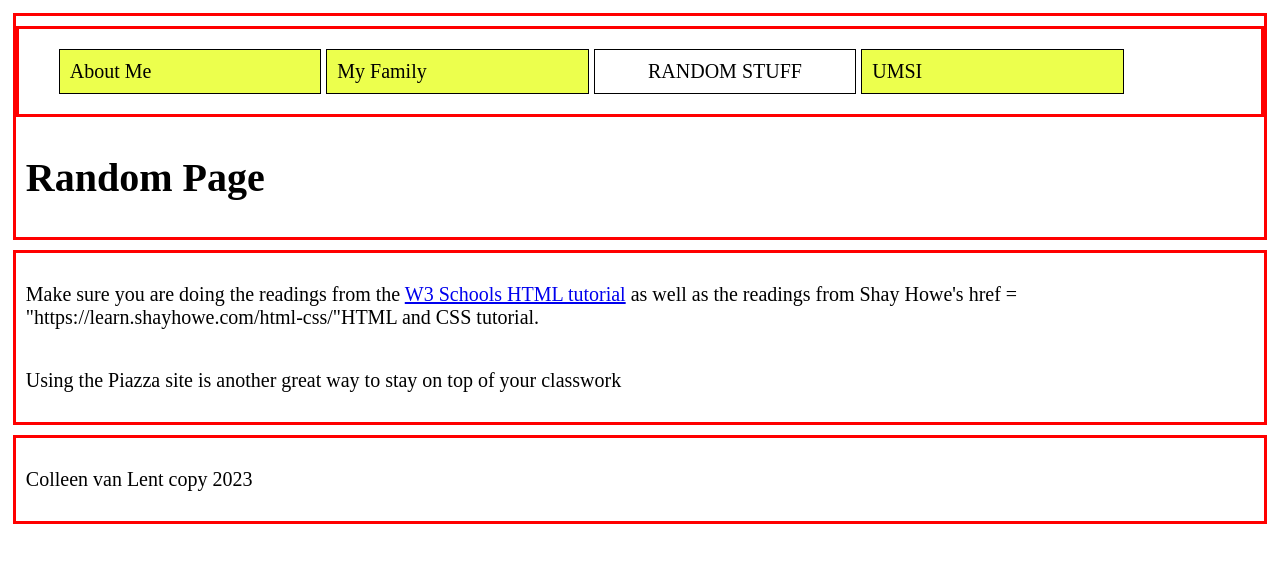
Repository: lulyany/hw1-2023
Page: random.html
The author's editor kept a copy of each file at every save. The page is drawn from the files as they stood at one save, then again after the next save.
The browser window is 1280 px wide. The pictures show the whole page.

Above is the page before, as saved 2023-09-04 20:37:30.
Not found: css/rest.css

### random.html
<!DOCTYPE html>
<html lang="en">
<head>
	<!--  TIP
	You will find any errors from the head section using the console. -->
	<meta charset="UTF-8">
	<meta name="viewport" content="width=device-width, initial-scale=1.0">
	<link rel="icon" href="images/favicon">
	<link rel="stylesheet" href="css/rest.css">
	<link rel="stylesheet" href="css/style.css">
	<title>Random</title>
</head>

<body>
	<!-- header -->
	<header>
		<nav>
			<ul>
				<li>About Me</li>
				<li>My Family</li>
				<li class="active">Random Stuff</li>
				<li>UMSI</li>
			</ul>
		</nav>
	<h1>Random Page</h1>
	</header>

	<!-- main -->
	<main>
	<p>Make sure you are doing the readings from the <a href = "www.w3schools.com/html/">W3 Schools HTML
		tutorial</a> as well as the readings from Shay Howe's
		<a> href = "https://learn.shayhowe.com/html-css/"HTML and CSS tutorial</a>.
	</p>
	<p>Using the Piazza site is another great way to stay on top of your classwork</p>
	</main>

	<!-- footer -->
	<footer>
		<p>Colleen van Lent copy 2023</p>
	</footer>
</body>
</html>

### css/style.css
/*Add padding and margin to space out the page.
Make the font larger too.*/
body{
	margin:1%;
	font-size:125%;
}

/*Make the h1 heading bigger with a bold font*/
h1{
	font-size: 2em;
	font-weight: bold;
}

.active{
	background: white;
    text-transform: uppercase;
	text-align: center;
}

.active a{
	text-decoration: none;;
}

/*Style the images*/
img{
    height: 150px;
	width:auto;
    border: 3px solid blue;
    padding: 25px;
    border-radius: 20px;
    margin: 5px;
	margin-left: 10%
}

/*Make the h2 heading match h1*/
h2{
	font-size: 2em;
	font-weight: bold;
}

/*Improve the spacing for paragraphs AND headings*/
p, h1, h2 {
    padding: 10px;
}

/*Add borders around the main components and some
space too*/
header, nav, main, footer{
	border: 3px solid red;
	margin: 10px 0;
}


/*Change the styling for all of the list
items in the nav section*/
nav ul li{
	background-color: #ECFF4D;
	padding:10px;
	width:25%;
	border:1px solid black;
	display: inline-block;
	width: 20%;
}

/*Added this so the links stay the same color*/
a:visited{color:#0000FF}

Loaded but not shown: css/reset.css (common file)

After the next save:
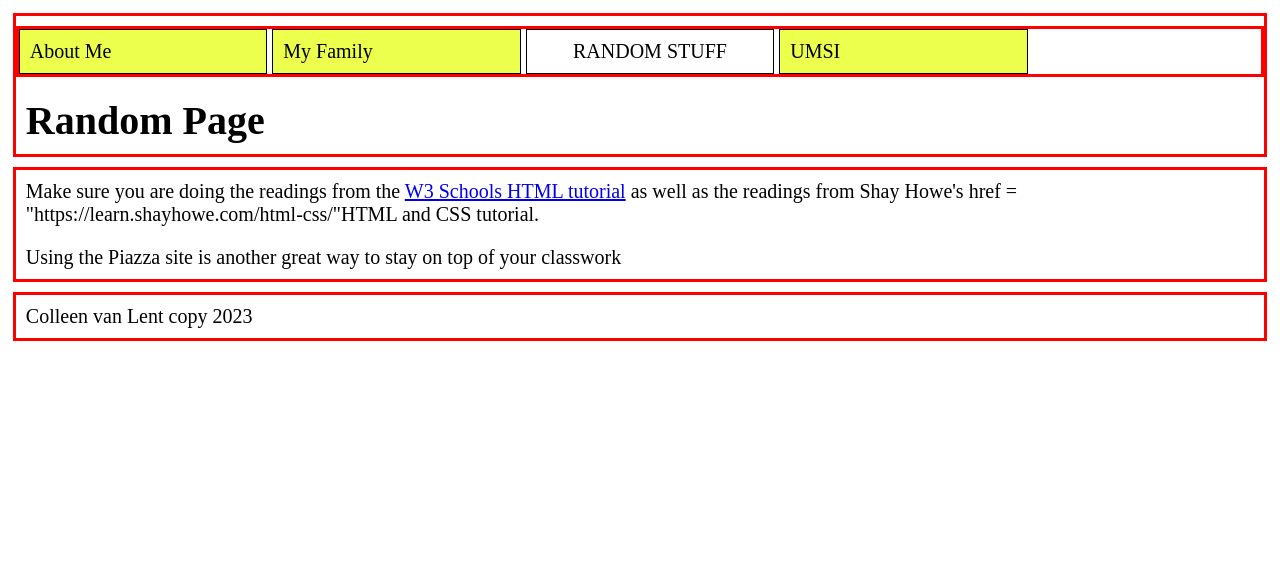
Saved 10 s later.
--- a/random.html
+++ b/random.html
@@ -6,7 +6,7 @@
 	<meta charset="UTF-8">
 	<meta name="viewport" content="width=device-width, initial-scale=1.0">
 	<link rel="icon" href="images/favicon">
-	<link rel="stylesheet" href="css/rest.css">
+	<link rel="stylesheet" href="css/reset.css">
 	<link rel="stylesheet" href="css/style.css">
 	<title>Random</title>
 </head>
